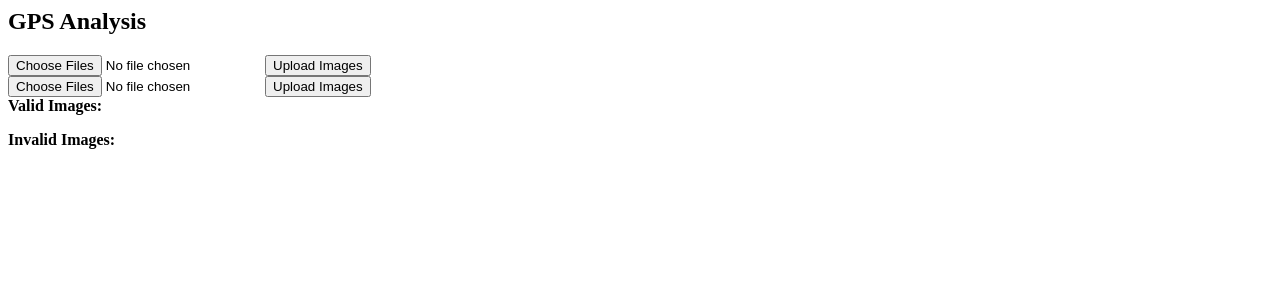
Repository: hanjangchen/Raspberry
Page: prjGAEGPSAnalysis/prjGPSAnalysis/src/static/my_ng_templates/desktop/index_data_analysis.html
These files come from the project's save history. The page is drawn as it stood at one moment and after the next save; the edit follows.
The browser window is 1280 px wide. The pictures show the whole page.

Above is the page before, as saved 2014-11-03 03:12:31.
Console error: ReferenceError: $ is not defined

### prjGAEGPSAnalysis/prjGPSAnalysis/src/static/my_ng_templates/desktop/index_data_analysis.html
<!-- sub-template for index page -->
<div>
	<h2>GPS Analysis</h2>
</div>

<!-- content block -->
<div class="container-fluid" ng-controller="myIndexTwoCtrl as ctrl">
	<div class="row">
		<!-- left buffer -->
		<div class="col-xs-1 col-sm-1 col-md-1 col-lg-1 "></div>
		<div class="col-xs-10 col-sm-10 col-md-10 col-lg-10 text-center">
			<!-- upload images -->
			<div
				class="col-xs-12 col-sm-12 col-md-12 col-lg-12 text-center">
				<div class="btn-group">
					<input type="file" ng-model="images_data_to_upload" multiple="true"
						accept="image/*" required="required" class=" btn btn-default ">
					<input type="button" value="Upload Images"
						ng-click="ctrl.upload_img_to_blobstore()"
						class=" btn btn-default ">
				</div>
			</div>

			<!-- upload -->
			<div
				class="col-xs-12 col-sm-12 col-md-12 col-lg-12 form-group text-center">
				<input type="file" id="images_for_upload" name="images_for_upload"
					multiple="true" value="Add Images" accept="image/*"
					required="required"
					class="col-xs-12 col-sm-12 col-md-12 col-lg-12 btn btn-default">

				<input type="button" id="btn_upload" value="Upload Images"
					class="col-xs-12 col-sm-12 col-md-12 col-lg-12 btn btn-default">
			</div>

			<!-- uploading files list -->
			<div class="col-xs-12 col-sm-12 col-md-12 col-lg-12">
				<div
					class="list-control col-xs-6 col-sm-6 col-md-6 col-lg-6 text-center">
					<strong>Valid Images:</strong>
					<ul id="valid_files_list">
					</ul>
				</div>
				<div
					class="list-control col-xs-6 col-sm-6 col-md-6 col-lg-6 text-center">
					<strong>Invalid Images:</strong>
					<ul id="invalid_files_list">
					</ul>
				</div>
			</div>

			<!--  -->
			<div class="col-xs-12 col-sm-12 col-md-12 col-lg-12 ">
				<table id="photo_table">
				</table>
			</div>
		</div>

		<!-- right buffer -->
		<div class="col-xs-1 col-sm-1 col-md-1 col-lg-1"></div>
	</div>
</div>

<!-- js libs -->
<script type="text/javascript" src="/js/plugin_mis/numeric-1.2.6.min.js"></script>
<script type="text/javascript"
	src="/js/plugin_mis/particle_swarm_optimization.js"></script>
<script type="text/javascript" src="/js/index_data_analysis.js"></script>

### prjGAEGPSAnalysis/prjGPSAnalysis/src/static/javascripts/plugin_mis/particle_swarm_optimization.js
/*
 *  Particles Swarm Optimization
 *  This is a standard PSO to find out optimal solution through out the stochastic spaces
 *  PS: Current test function is (0.007 * x_1 * (-x_2 -1)) * ( cos(x_1 + 0.3) - sin(x_2))+(1 - sin(x_1)) and the optimal value is around -1.798
 * */

var particles_swarm_optimization = {

		// configuration
		config : {
			parameters_range : [[-15, -15],[15, 15]], // ranges of particles;
														// row 1 represent low
														// boundary and row 2
														// represent up boundary
			particles_size : 60, // size of particles swarm
			iteration : 50, // iteration number
			max_min_factor : -1, // 1 means to find max; -1 means to find min
			Emax : Number.MAX_VALUE, // maximum value
			Emin : -Number.MAX_VALUE, // minimum value
			Type : 0, // 0 for real number; 1 for integer

			c1 : 2.05, // cognitive parameter (original value; would be
						// replaced by linear change)
			c2 : 4.1 - 2.05, // c2 = 4.1 - c1 // social parameter (original
								// value; would be replaced by linear change)
			constriction_factor : 0.729, // constrain factor

			diff_of_ranges : [], // ranges of each parameter (from low
									// boundary to up boundary)
			up_boundaries : [], //
			low_boundaries : [], // low boundary

			particles_values : [], // values set of particles
			particles_initial_values : [], // initial values set of particles

			particles_velocity : [], // velocity set of particles
			particles_initial_velocity : [], // can be zero or certain
												// reasonable values based on
												// each particle range

			performance_index_set : [], // performance index set
			performance_initial_index_set : [], // initial performance index set

			learning_rate : 0, // learning rate
			learning_rate_self_param_min : 0.4, // minimum learning rate of
												// particle itself
			learning_rate_self_param_max : 0.9, // maximum learning rate of
												// particle itself
			learning_rate_cognitive_min : 1.9, // minimum learning rate of
												// cognitive parameter
			learning_rate_cognitive_max : 2.1, // maximum learning rate of
												// cognitive parameter
			learning_rate_cognitive : 0,
			learning_rate_social : 0,
			learning_rate_self : 0,

			min_cost : 0, // minimum cost
			min_cost_set : [],
			mean_cost : 0, // mean value
			mean_cost_set : [],
			RMS_cost : 0, // root-mean-square cost
			RMS_cost_set : [],

			local_optimal : 0, // local optimal
			index_local_optimal : 0, // index of global optimal in particles
										// set
			global_optimal : 0, // global optimal
			index_global_optimal : 0, // index of global optimal
			local_optimal_value_set : [],
			local_optimal_particles_set : [],
			global_optimal_value_set : [],
			global_optimal_particles_set : [],

		},

		// initialization function
		init_pso : function(){
			/* new */
			this.config.low_boundaries = this.config.parameters_range[0];
			this.config.up_boundaries = this.config.parameters_range[1];
			this.config.diff_of_ranges = numeric.sub(this.config.up_boundaries, this.config.low_boundaries);

			// init particles' values
			this.config.particles_values = numeric.random([this.config.particles_size, this.config.parameters_range[0].length]);
			this.config.particles_values = numeric.dotMMbig(this.config.particles_values, [[this.config.diff_of_ranges[0], 0], [0, this.config.diff_of_ranges[1]]]);
			var temp_low_boundaries_matrix = numeric.rep([this.config.particles_size], this.config.low_boundaries);
			this.config.particles_values = numeric.add(this.config.particles_values, temp_low_boundaries_matrix);

			// init particles velocity
			this.config.particles_velocity = numeric.rep([this.config.particles_size], [0, 0]);

			// evaluate init particles set
			for(var ith = 0; ith < this.config.particles_size; ith++){
				temp_particle_values = this.config.particles_values[ith];

				var performance_index = (0.007 * temp_particle_values[0] * (-temp_particle_values[1]-1)) * (Math.cos(temp_particle_values[0]+0.3) - Math.sin(temp_particle_values[1]))+(1-Math.sin(temp_particle_values[0]));
				if (performance_index > this.config.Emax){
					performance_index = this.config.Emax;
				}
				if (performance_index < this.config.Emin){
					performance_index = this.config.Emin;
				}
				this.config.performance_initial_index_set.push(performance_index);
			}

			// update optimal
			var temp_cost = numeric.mul(- this.config.max_min_factor, this.config.performance_initial_index_set);
			this.config.min_cost = Math.min.apply(Math, temp_cost);
			this.config.min_cost_set = numeric.rep([this.config.particles_size], this.config.min_cost);
			this.config.global_optimal = this.config.min_cost;
			var temp_min_index = temp_cost.indexOf(this.config.min_cost);
			var temp_optimal_particle = this.config.particles_values[temp_min_index];

			this.config.local_optimal_particles_set = numeric.rep([this.config.particles_size], temp_optimal_particle);
			this.config.global_optimal_particles_set = this.config.local_optimal_particles_set;
			this.config.local_optimal_value_set = numeric.rep([this.config.particles_size], this.config.min_cost);

			this.config.mean_cost = numeric.sum(temp_cost) / this.config.particles_size;

		},

		// go through iteration
		go_iteration : function(){
			for(var ith = 0; ith < this.config.iteration; ith++ ){
				this.config.learning_rate_self = this.config.learning_rate_self_param_max - (this.config.learning_rate_self_param_max - this.config.learning_rate_self_param_min) * (ith + 1) / this.config.iteration;

				this.config.learning_rate_cognitive = this.config.learning_rate_cognitive_max - (this.config.learning_rate_cognitive_max - this.config.learning_rate_cognitive_min) * (ith + 1) / this.config.iteration; //
				this.config.learning_rate_social = 4.1 - this.config.learning_rate_cognitive;

				var random_factor_cognitive = numeric.random([this.config.particles_size, this.config.parameters_range[0].length]);
				var random_factor_social = numeric.random([this.config.particles_size, this.config.parameters_range[0].length]);

				var temp_updated_velocity = [];
				var updated_self_learning_rate = numeric.mul(this.config.learning_rate_self, this.config.particles_velocity);

				var updated_cognitive_learning_rate = numeric.sub(this.config.local_optimal_particles_set, this.config.particles_values );
				updated_cognitive_learning_rate = numeric.mul(this.config.learning_rate_cognitive, random_factor_cognitive, updated_cognitive_learning_rate);

				var updated_social_learning_rate = numeric.sub(this.config.global_optimal_particles_set, this.config.particles_values);
				updated_social_learning_rate = numeric.mul(this.config.learning_rate_social, random_factor_social, updated_social_learning_rate);

				temp_updated_velocity = numeric.add(updated_self_learning_rate, updated_cognitive_learning_rate, updated_social_learning_rate);

				// update velocity
				this.config.particles_velocity = numeric.mul(this.config.constriction_factor, temp_updated_velocity);


				// update particles' values
				this.config.particles_values = numeric.add(this.config.particles_values, this.config.particles_velocity);


				// find out values outside boundaries
				var low_boundaries_set = numeric.rep([this.config.particles_size], this.config.low_boundaries);
				var up_boundaries_set = numeric.rep([this.config.particles_size], this.config.up_boundaries);

				var outside_min_boundary = numeric.leq(this.config.particles_values, low_boundaries_set);
				var not_outside_min_boundary = numeric.not(outside_min_boundary);
				var min_replaced_values = numeric.mul(outside_min_boundary, low_boundaries_set);
				var min_original_values = numeric.mul(not_outside_min_boundary, this.config.particles_values);

				this.config.particles_values = numeric.add(min_replaced_values, min_original_values);

				var outside_max_boundary = numeric.geq(this.config.particles_values, up_boundaries_set);
				var not_outside_max_boundary = numeric.not(outside_max_boundary);
				var max_replaced_values = numeric.mul(outside_max_boundary, up_boundaries_set);
				var max_original_values = numeric.mul(not_outside_max_boundary, this.config.particles_values);

				this.config.particles_values = numeric.add(max_replaced_values, max_original_values);

				// evaluate performance
				var temp_particle_values = 0;
				this.config.performance_index_set = [];
				for(var jth = 0; jth < this.config.particles_size; jth++){
					temp_particle_values = this.config.particles_values[jth];

					var performance_index = (0.007 * temp_particle_values[0] * (-temp_particle_values[1] - 1)) * (Math.cos(temp_particle_values[0] + 0.3) - Math.sin(temp_particle_values[1])) + (1 - Math.sin(temp_particle_values[0]));
					if (performance_index > this.config.Emax){
						performance_index = this.config.Emax;
					}
					if (performance_index < this.config.Emin){
						performance_index = this.config.Emin;
					}
					this.config.performance_index_set.push(performance_index);
				}

				//
				var temp_cost_set = numeric.mul(- this.config.max_min_factor, this.config.performance_index_set);


				var temp_better_cost_set = numeric.lt(temp_cost_set, this.config.local_optimal_value_set);
				var not_temp_better_cost_set = numeric.not(temp_better_cost_set);
				var replaced_cost_set = numeric.mul(temp_better_cost_set, temp_cost_set);
				var original_cost_set = numeric.mul(not_temp_better_cost_set, this.config.local_optimal_value_set);
				this.config.local_optimal_value_set = numeric.add(replaced_cost_set, original_cost_set);

				var better_cost_set = numeric.transpose([temp_better_cost_set, temp_better_cost_set]);
				better_cost_set = numeric.mul(better_cost_set, this.config.particles_values);
				var not_better_cost_set = numeric.transpose([not_temp_better_cost_set, not_temp_better_cost_set]);
				not_better_cost_set = numeric.mul(not_better_cost_set, this.config.local_optimal_particles_set);
				this.config.local_optimal_particles_set = numeric.add(better_cost_set, not_better_cost_set);


				var temp_optimal = Math.min.apply(Math, this.config.local_optimal_value_set);
				var temp_optimal_index = this.config.local_optimal_value_set.indexOf(temp_optimal);
				var pre_global_optimal = this.config.global_optimal;
				if (temp_optimal < this.config.global_optimal){
					this.config.global_optimal = temp_optimal;
					this.config.global_optimal_particles_set = numeric.rep([this.config.particles_size], this.config.particles_values[temp_optimal_index]);

					if (Math.abs(temp_optimal - pre_global_optimal) < numeric.epsilon){
						break;
					}
				}
			}
		},

		// start optimization
		start_optimization : function(){
			this.init_pso();
			this.go_iteration();
			console.log(JSON.stringify(this.config.global_optimal,2,2));
		}
}

// test
particles_swarm_optimization.start_optimization();

### prjGAEGPSAnalysis/prjGPSAnalysis/src/static/javascripts/index_data_analysis.js
(function() {
	/* JQuery */
	var ary_img_description = {};
	var has_images_to_upload = false;

	var input = document.getElementById("images_for_upload");
	var valid_files_ul = $("#valid_files_list");
	var invalid_files_ul = $("#invalid_files_list");

	$('#images_for_upload')
			.change(
					function() {
						//
						var toolarge = "";
						var maxsize = 1024000;

						//
						if (valid_files_ul.children().length > 0) {
							valid_files_ul.empty();
						}
						if (invalid_files_ul.children().length > 0) {
							invalid_files_ul.empty();
						}

						//
						for ( var i = 0; i < input.files.length; i++) {
							if (input.files[i].size > maxsize) {
								toolarge += input.files[i].name + "\n";
								invalid_files_ul.append("<li class='list-group-item'>" + input.files[i].name + "</li>");

							} else {
								valid_files_ul.append("<li class='list-group-item'>" + input.files[i].name + "</li>");
								ary_img_description[i] = {"label" : "", "content" : "" };

								// update the flag
								has_images_to_upload = true;
							}
						}

						//
						if (valid_files_ul.children().length <= 0) {
							valid_files_ul.append("<li class='list-group-item'>No Files Selected</li>");
						}
						if (invalid_files_ul.children().length <= 0) {
							invalid_files_ul.append("<li class='list-group-item'>No Invalid Files</li>");
						}

						//
						if (toolarge !== "") {
							alert("These images were not uploaded due to size limit of 1MB\n"
									+ toolarge);
						}
					});

	$('#btn_upload').click(function() {
		var input = document.getElementById("images_for_upload");
		var maxsize = 1024000;
		var requests = [];
		var upload_block = $('#processing_cover');

		if (input.files.length <= 0 && has_images_to_upload) {
			alert('No data for upload');
		} else {
			// popup cover
			upload_block.css({
				'display' : 'block'
			});
			for ( var i = 0; i < input.files.length; i++) {
				if (input.files[i].size < maxsize) {
					var filedata = new FormData();
					filedata.append("image_for_upload", input.files[i]);

					//
					requests.push($.ajax({
									url : upload_url,
									data : filedata,
									cache : false,
									contentType : false,
									processData : false,
									type : 'POST',
									success : handle_successful_ajax,
									error : handle_failed_ajax
					}));

					// handle requests response
					$.when.apply(undefined, requests).done(function(results){
							console.log(JSON.stringify(results,2,2));
							// popup cover
							upload_block.css({
								'display' : 'none'
							});

							// update the flag
							has_images_to_upload = false;

							// update list
							valid_files_ul.empty();
							invalid_files_ul.empty();
						});
				}
			}
		}
	});

	function handle_successful_ajax(response){
		var data = JSON.parse(response);
		imagelinks = data['img_urls'];
		img_title = data['img_title'];
		img_description = data['img_description'];
		console.log(imagelinks);
		for ( var i = 0; i < imagelinks.length; i++) {
			$('#photo_table')
					.append(
							'<tr><td><img class="img-responsive" style="width: 400px;" src=' + imagelinks[i] + '> </td>' + '<td><h4>Image Title</h4><p style="font-size: 13px;">'+ img_title +'</p>' + '<h4>Image Description</h4><p style="font-size: 13px;">' + img_description + '</p>' +  '</td></tr>');
		}
	}

	function handle_failed_ajax(response){
		console.log(JSON.stringify(response,2,2));
	}
})();

Loaded but not shown: prjGAEGPSAnalysis/prjGPSAnalysis/src/static/javascripts/plugin_mis/numeric-1.2.6.min.js (library)

After the next save:
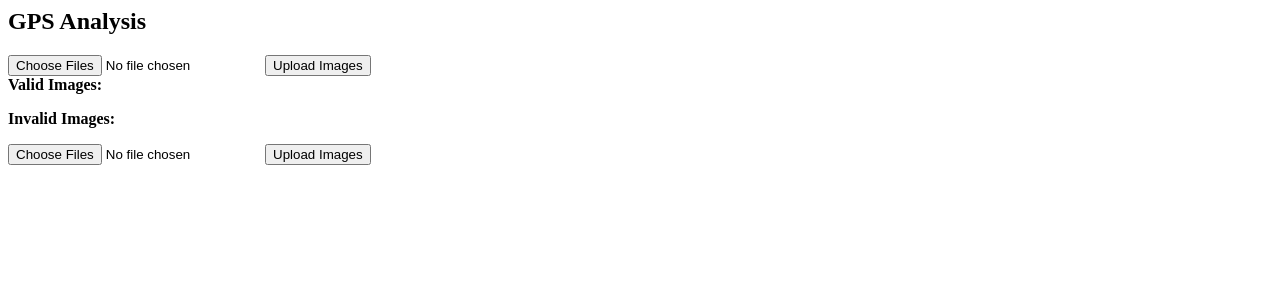
Saved 12 s later.
--- a/prjGAEGPSAnalysis/prjGPSAnalysis/src/static/my_ng_templates/desktop/index_data_analysis.html
+++ b/prjGAEGPSAnalysis/prjGPSAnalysis/src/static/my_ng_templates/desktop/index_data_analysis.html
@@ -21,18 +21,6 @@
 				</div>
 			</div>
 
-			<!-- upload -->
-			<div
-				class="col-xs-12 col-sm-12 col-md-12 col-lg-12 form-group text-center">
-				<input type="file" id="images_for_upload" name="images_for_upload"
-					multiple="true" value="Add Images" accept="image/*"
-					required="required"
-					class="col-xs-12 col-sm-12 col-md-12 col-lg-12 btn btn-default">
-
-				<input type="button" id="btn_upload" value="Upload Images"
-					class="col-xs-12 col-sm-12 col-md-12 col-lg-12 btn btn-default">
-			</div>
-
 			<!-- uploading files list -->
 			<div class="col-xs-12 col-sm-12 col-md-12 col-lg-12">
 				<div
@@ -47,6 +35,18 @@
 					<ul id="invalid_files_list">
 					</ul>
 				</div>
+			</div>
+
+			<!-- upload -->
+			<div
+				class="col-xs-12 col-sm-12 col-md-12 col-lg-12 form-group text-center">
+				<input type="file" id="images_for_upload" name="images_for_upload"
+					multiple="true" value="Add Images" accept="image/*"
+					required="required"
+					class="col-xs-12 col-sm-12 col-md-12 col-lg-12 btn btn-default">
+
+				<input type="button" id="btn_upload" value="Upload Images"
+					class="col-xs-12 col-sm-12 col-md-12 col-lg-12 btn btn-default">
 			</div>
 
 			<!--  -->
